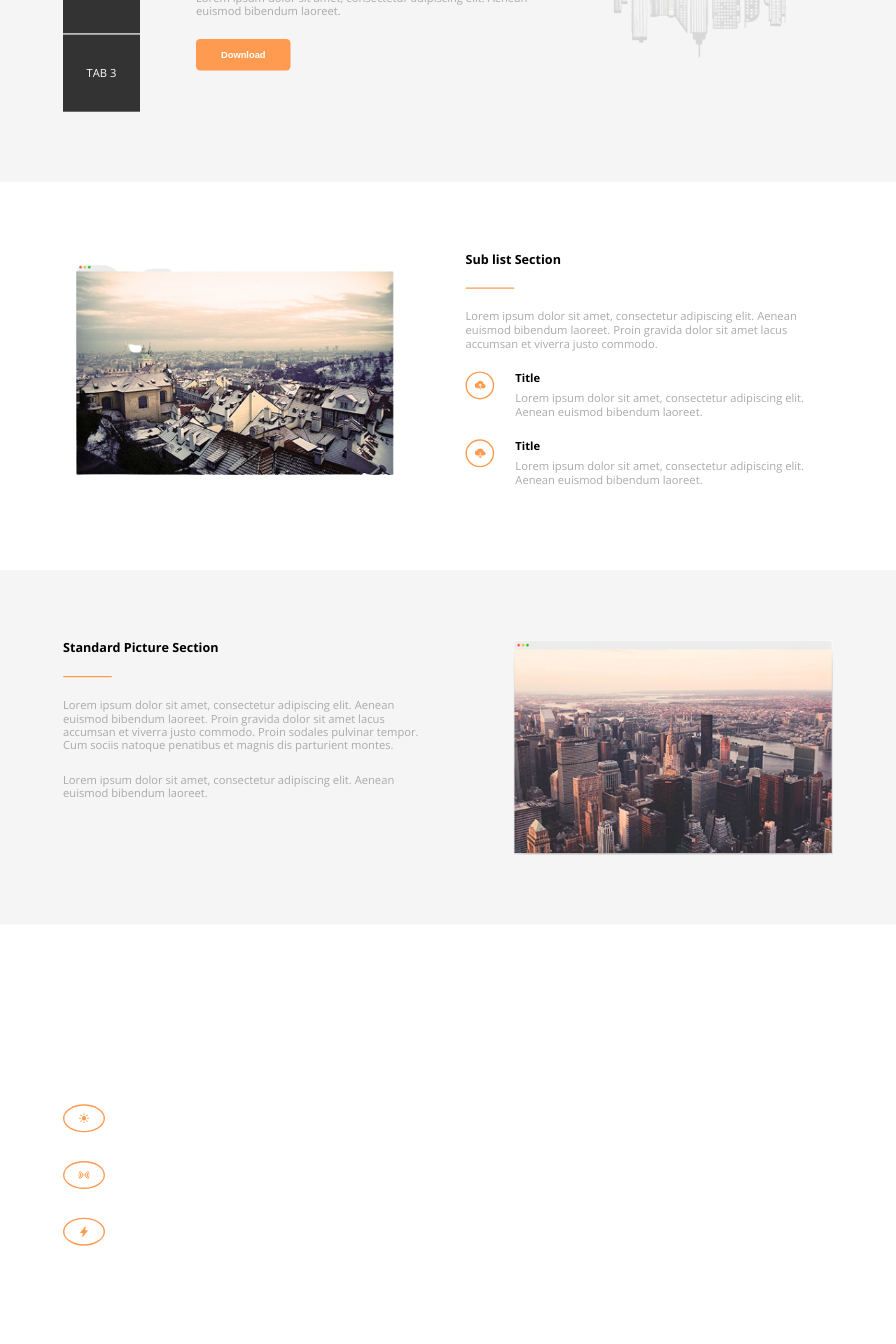
Repository: dinhtri123/axureThems
Page: index.html
An editor plug-in stored every save of this project. The page is shown before and after the next save, followed by the edit.
The browser window is 1280 px wide. The pictures show the part of the page from y = 921 to 2841 px (the page is 2841 px tall), at 70% of full size.

Above is the page before, as saved 2023-02-11 16:27:21.

### index.html
<!DOCTYPE html>
<html lang="en">
  <head>
    <meta charset="UTF-8" />
    <meta http-equiv="X-UA-Compatible" content="IE=edge" />
    <meta name="viewport" content="width=device-width, initial-scale=1.0" />
    <title>Axure Themes</title>
    <script
      type="module"
      src="https://unpkg.com/ionicons@5.5.2/dist/ionicons/ionicons.esm.js"
    ></script>
    <script
      nomodule
      src="https://unpkg.com/ionicons@5.5.2/dist/ionicons/ionicons.js"
    ></script>
    <link rel="stylesheet" href="style.css" />
  </head>
  <body>
    <header>
      <div class="container headerMain">
        <a href="index.html" class="logo">
          <span>AX</span>
          <span>IT</span>
        </a>
        <nav>
          <ul>
            <li><a href="#">Features</a></li>
            <li><a href="#">About</a></li>
            <li><a href="#">Pricing</a></li>
            <li><a href="#">Reviews</a></li>
            <li><a href="#">Contact</a></li>
          </ul>
        </nav>
      </div>
    </header>
    <div class="banner">
      <div class="imageBanner">
        <img src="./image/banner.jpeg" alt="" />
      </div>
      <div class="container bannerMain">
        <div class="bannerLeft">
          <a href="index.html" class="logo logoBanner">
            <span>AX</span>
            <span>IT</span>
          </a>
          <h3>MODERN AXURE TEMPLATE FOR BEAUTIFUL PROTOTYPES</h3>
          <span class="line"></span>
          <p>
            Lorem ipsum dolor sit amet, consectetur adipiscing elit. Aenean
            euismod bibendum laoreet. Proin gravida dolor sit amet lacus
            accumsan et viverra justo commodo.
          </p>
          <button class="btn">Download</button>
        </div>
        <div class="bannerRight">
          <form autocomplete="off" class="formBanner">
            <h3>Try Your <span>FREE</span> Trial Today</h3>
            <div class="inputForm">
              <input type="text" name="name" id="name" placeholder="Name" />
              <input type="email" name="email" id="email" placeholder="Email" />
              <input
                type="password"
                name="password"
                id="password"
                placeholder="Password"
              />
            </div>
            <button class="btnForm">Get Started</button>
          </form>
        </div>
      </div>
    </div>
    <main>
      <div class="mainTabs">
        <div class="container mainTabsContent">
          <div class="tabsLeft">
            <div class="tabsNumber">
              <span>TAB 1</span>
              <span>TAB 2</span>
              <span>TAB 3</span>
            </div>
            <div class="tabsContent">
              <h3>Tabs with soft transitioning effect.</h3>
              <p>
                Lorem ipsum dolor sit amet, consectetur adipiscing elit. Aenean
                euismod bibendum laoreet. Proin gravida dolor sit amet lacus
                accumsan et viverra justo commodo. Proin sodales pulvinar
                tempor. Cum sociis natoque penatibus et magnis dis parturient
                montes.
              </p>
              <p>
                Lorem ipsum dolor sit amet, consectetur adipiscing elit. Aenean
                euismod bibendum laoreet.
              </p>
              <button class="btn btnTabs">Download</button>
            </div>
          </div>
          <div class="tabsRight">
            <img src="./image/img.png" alt="" />
          </div>
        </div>
      </div>
      <div class="mainSublist">
        <div class="container sublistMain">
          <div class="subLeft">
            <img src="./image/img2.png" alt="" />
          </div>
          <div class="subRight">
            <h3>Sub list Section</h3>
            <span class="line lineSub"></span>
            <p>
              Lorem ipsum dolor sit amet, consectetur adipiscing elit. Aenean
              euismod bibendum laoreet. Proin gravida dolor sit amet lacus
              accumsan et viverra justo commodo.
            </p>
            <div class="subDesc">
              <div class="icon">
                <ion-icon name="cloud-upload"></ion-icon>
              </div>
              <div class="subDescItem">
                <h4>Title</h4>
                <p>
                  Lorem ipsum dolor sit amet, consectetur adipiscing elit.
                  Aenean euismod bibendum laoreet.
                </p>
              </div>
            </div>
            <div class="subDesc">
              <div class="icon">
                <ion-icon name="cloud-download"></ion-icon>
              </div>
              <div class="subDescItem">
                <h4>Title</h4>
                <p>
                  Lorem ipsum dolor sit amet, consectetur adipiscing elit.
                  Aenean euismod bibendum laoreet.
                </p>
              </div>
            </div>
          </div>
        </div>
      </div>
      <div class="mainSection">
        <div class="container sectionContent">
          <div class="sectionLeft">
            <h3>Standard Picture Section</h3>
            <span class="line sectionLine"></span>
            <p>
              Lorem ipsum dolor sit amet, consectetur adipiscing elit. Aenean
              euismod bibendum laoreet. Proin gravida dolor sit amet lacus
              accumsan et viverra justo commodo. Proin sodales pulvinar tempor.
              Cum sociis natoque penatibus et magnis dis parturient montes.
            </p>
            <p>
              Lorem ipsum dolor sit amet, consectetur adipiscing elit. Aenean
              euismod bibendum laoreet.
            </p>
          </div>
          <div class="sectionRight">
            <img src="./image/img4.jpg" alt="" />
          </div>
        </div>
      </div>
      <div class="mainAwesome">
        <div class="container awesomeContent">
          <h2>WHY THIS IS AWESOME</h2>
          <span class="lineSub"></span>
          <p>Lorem ipsum dolor sit amet, consectetur adipiscing elit.</p>
          <div class="awesomeItems">
            <div class="awesomeCard">
              <div class="icon">
                <ion-icon name="sunny"></ion-icon>
              </div>
              <h3>Thoughtfull Design</h3>
              <p>
                Lorem ipsum dolor sit amet, consectetur adipiscing elit. Aenean
                euismod bibendum laoreet. Proin gravida dolor sit amet lacus
                accumsan et viverra.
              </p>
            </div>
            <div class="awesomeCard">
              <div class="icon">
                <ion-icon name="radio"></ion-icon>
              </div>
              <h3>Thoughtfull Design</h3>
              <p>
                Lorem ipsum dolor sit amet, consectetur adipiscing elit. Aenean
                euismod bibendum laoreet. Proin gravida dolor sit amet lacus
                accumsan et viverra.
              </p>
            </div>
            <div class="awesomeCard">
              <div class="icon">
                <ion-icon name="flash"></ion-icon>
              </div>
              <h3>Thoughtfull Design</h3>
              <p>
                Lorem ipsum dolor sit amet, consectetur adipiscing elit. Aenean
                euismod bibendum laoreet. Proin gravida dolor sit amet lacus
                accumsan et viverra.
              </p>
            </div>
          </div>
        </div>
      </div>
    </main>
  </body>
</html>

### style.css
@import url("https://fonts.googleapis.com/css2?family=Open+Sans:wght@400;500;600;700&display=swap");
* {
  margin: 0;
  padding: 0;
  box-sizing: border-box;
  scroll-behavior: smooth;
}
:root {
  --bg-black: #000;
  --bg-white: #fff;
  --bg-orange: #ff9b51;
  --bg-light: #f5f5f5;
  --bg-gray: #dfdfdf;
  --bg-text: #a9aaac;
}
body {
  font-family: "Open Sans", sans-serif;
  font-weight: 400;
  font-size: 16px;
  line-height: 1.2;
  width: 100%;
  max-height: 100vh;
  height: 100%;
  color: var(--bg-white);
}
button,
a,
input {
  cursor: pointer;
  text-decoration: none;
  border: none;
  outline: none;
}
.container {
  max-width: 1100px;
  width: 100%;
  height: 100%;
  margin: 0px auto;
}

header {
  width: 100%;
  height: 70px;
  background: var(--bg-black);
}
.headerMain {
  display: flex;
  justify-content: space-between;
  align-items: center;
}
.logo {
  display: flex;
  text-decoration: none;
  font-size: 30px;
}
.logo span:first-child {
  font-weight: 700;
  color: var(--bg-white);
}
.logo span:last-child {
  font-weight: 400;
  color: var(--bg-orange);
}
nav ul {
  display: flex;
  align-items: center;
  gap: 40px;
  list-style: none;
}
nav ul li a {
  text-decoration: none;
  color: var(--bg-white);
}

/* --------------------- */

/* --------BANNER------------ */

.banner {
  width: 100%;
  background: var(--bg-black);
  position: relative;
}
.imageBanner {
  position: absolute;
  inset: 0;
  width: 100%;
  height: 100%;
  z-index: 0;
  filter: brightness(0.5);
}
.imageBanner img {
  width: 100%;
  height: 100%;
  object-fit: cover;
}
.bannerMain {
  padding: 100px 0px;
  display: grid;
  grid-template-columns: repeat(2, 1fr);
  gap: 50px;
  z-index: 10;
  isolation: isolate;
}
.bannerLeft {
  display: flex;
  flex-direction: column;
  gap: 30px;
}
.bannerRight {
  display: flex;
  justify-content: end;
  align-items: center;
}

.logoBanner {
  font-size: 60px;
}
.bannerLeft > h3 {
  font-size: 35px;
  font-weight: 300;
}
.line {
  width: 70px;
  height: 2px;
  background-color: var(--bg-white);
  border-radius: 8px;
}

.btn {
  width: 135px;
  height: 45px;
  border: 2px solid var(--bg-white);
  display: flex;
  justify-content: center;
  align-items: center;
  font-weight: 600;
  background: transparent;
  color: var(--bg-white);
}

.formBanner {
  width: 360px;
  height: 360px;
  border-radius: 6px;
  background: var(--bg-white);
  display: flex;
  flex-direction: column;
  justify-content: space-between;
  align-items: center;
  overflow: hidden;
}
.formBanner > h3 {
  width: 100%;
  height: 55px;
  font-size: 22px;
  color: var(--bg-black);
  font-weight: 700;
  background: var(--bg-light);
  display: flex;
  justify-content: center;
  align-items: center;
}
.formBanner > h3 > span {
  color: var(--bg-orange);
  padding: 0px 10px;
}
.inputForm {
  width: 100%;
  height: 250px;
  padding: 0px 50px;
  display: flex;
  flex-direction: column;
  justify-content: center;
  gap: 20px;
}
.inputForm input {
  border: none;
  border-bottom: 2px solid var(--bg-light);
  padding: 0px 10px;
  width: 100%;
  height: 40px;
  outline: none;
}
.inputForm input::placeholder {
  color: var(--bg-gray);
}
.btnForm {
  width: 100%;
  height: 55px;
  background: var(--bg-orange);
  display: flex;
  justify-content: center;
  align-items: center;
  font-weight: 600;
  color: var(--bg-white);
  border: none;
  outline: none;
  font-size: 17px;
}
/* -------------------------- */

/* -----main------- */

.mainTabs {
  width: 100%;
  background: var(--bg-light);
}

.mainTabsContent {
  width: 100%;
  padding: 100px 0px;
  color: var(--bg-black);
  display: grid;
  grid-template-columns: 2fr 1fr;
  gap: 50px;
}
.tabsLeft {
  display: flex;
  gap: 80px;
}

.tabsNumber {
  display: flex;
  flex-direction: column;
}
.tabsNumber span {
  width: 110px;
  height: 110px;
  display: flex;
  justify-content: center;
  align-items: center;
  color: var(--bg-white);
  background: #333333;
  cursor: pointer;
}
.tabsNumber span:nth-child(2) {
  border-top: 2px solid var(--bg-light);
  border-bottom: 2px solid var(--bg-light);
}
.tabsContent {
  display: flex;
  gap: 30px;
  flex-direction: column;
}

.tabsContent p {
  color: var(--bg-text);
}
.btnTabs {
  background: var(--bg-orange);
  border: none;
  border-radius: 6px;
}
.lineSub {
  background: var(--bg-orange);
}

.sublistMain {
  width: 100%;
  padding: 100px 0px;
  display: grid;
  grid-template-columns: 1fr 1fr;
  gap: 50px;
}

.subRight {
  display: flex;
  flex-direction: column;
  gap: 30px;
  color: var(--bg-black);
}
h3 {
  font-size: 18px;
}
.subRight p {
  color: var(--bg-text);
}

.subDesc {
  display: flex;
  gap: 30px;
}
.icon {
  width: 60px;
  height: 40px;
  border: 2px solid var(--bg-orange);
  display: flex;
  justify-content: center;
  align-items: center;
  color: var(--bg-orange);
  border-radius: 50%;
}
.subDescItem {
  display: flex;
  flex-direction: column;
  gap: 10px;
}
.subDescItem > p {
  color: var(--bg-text);
}

.mainSection {
  width: 100%;
  background: var(--bg-light);
}
.sectionContent {
  width: 100%;
  padding: 100px 0px;
  display: grid;
  grid-template-columns: 1fr 1fr;
  gap: 50px;
}
.sectionLeft {
  display: flex;
  flex-direction: column;
  gap: 30px;
  color: var(--bg-black);
}
.sectionLine {
  background-color: var(--bg-orange);
}
.sectionLeft p {
  color: var(--bg-text);
}
.sectionRight{
    display:flex;
    justify-content: end;
}


.awesomeContent{
    width:100%;
    padding:100px 0px;
    display:flex;
    flex-direction: column;
    gap:30px;
    color
}
.awesomeContent h2{
    font-size:40px;
}

After the next save:
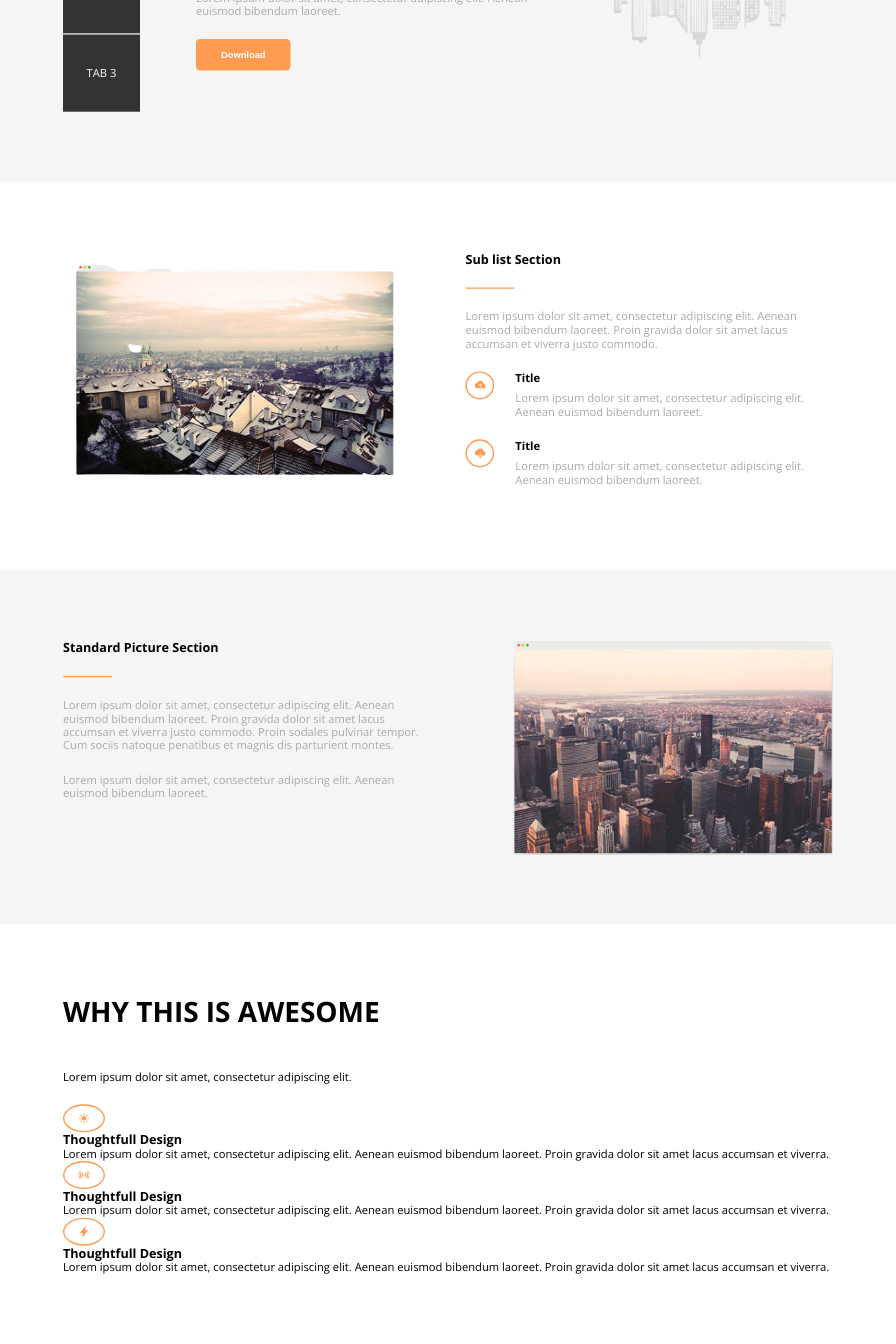
Saved 6 s later.
--- a/style.css
+++ b/style.css
@@ -323,20 +323,19 @@ h3 {
 .sectionLeft p {
   color: var(--bg-text);
 }
-.sectionRight{
-    display:flex;
-    justify-content: end;
-}
-
-
-.awesomeContent{
-    width:100%;
-    padding:100px 0px;
-    display:flex;
-    flex-direction: column;
-    gap:30px;
-    color
-}
-.awesomeContent h2{
-    font-size:40px;
-}
+.sectionRight {
+  display: flex;
+  justify-content: end;
+}
+
+.awesomeContent {
+  width: 100%;
+  padding: 100px 0px;
+  display: flex;
+  flex-direction: column;
+  gap: 30px;
+  color: var(--bg-black);
+}
+.awesomeContent h2 {
+  font-size: 40px;
+}
